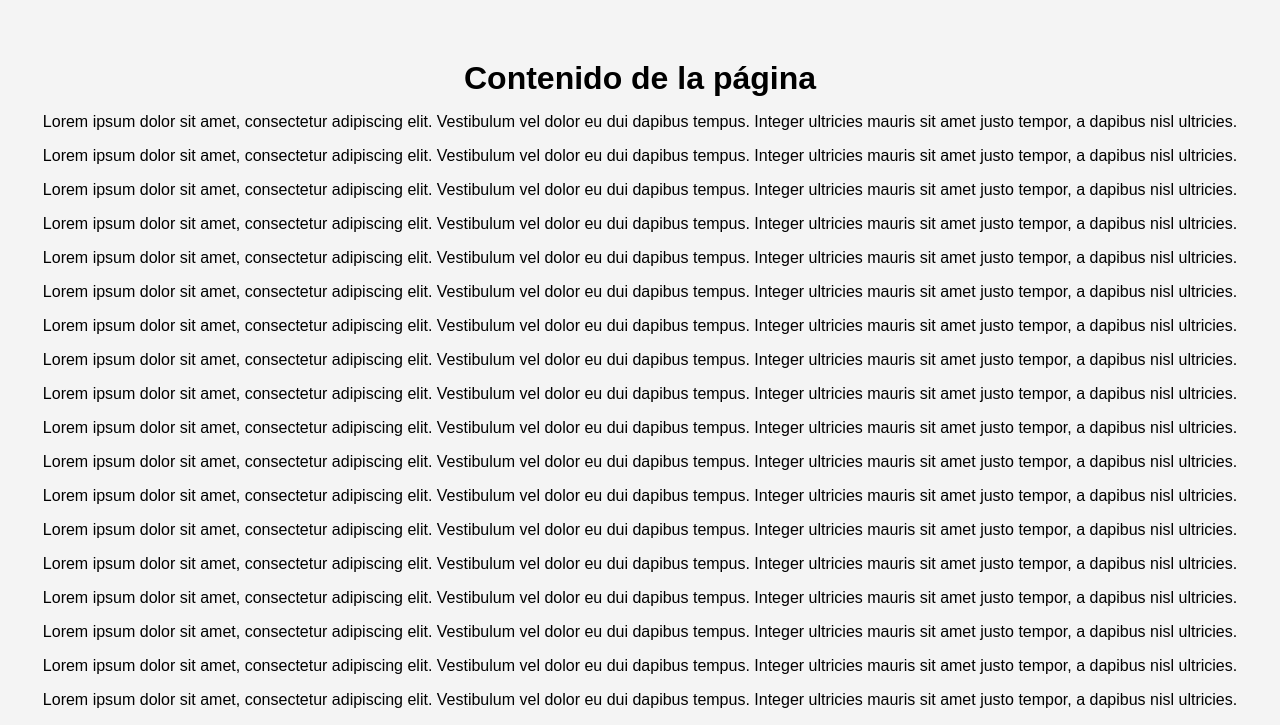
Repository: JoyMoGas/HelujaArc
Page: http://localhost/
These files come from the project's save history. The page is drawn as it stood at one moment and after the next save; the edit follows.
The browser window is 1280 px wide. The pictures show the part of the page from y = 500 to 1225 px (the page is 1225 px tall before and 720 px after).
Backgrounds fixed to the window are drawn as part of the page. The page is served by the project's application, run on Flask 3 (run.py).

Above is the page before, as saved 2024-08-11 18:17:36.

### templates/index.html
<!DOCTYPE html>
<html lang="en">
<head>
    <meta charset="UTF-8">
    <meta name="viewport" content="width=device-width, initial-scale=1.0">
    <title>Animación del Logo</title>
    <link rel="stylesheet" href="{{ url_for('static', filename='style.css') }}">
</head>
<body>
    <div class="navbar">
        <div class="navbar-content">
            <nav>
                <ul>
                    <li><a href="#">Home</a></li>
                    <li><a href="#">About</a></li>
                    <li><a href="#">Services</a></li>
                    <li><a href="#">Contact</a></li>
                </ul>
            </nav>
        </div>
    </div>

    <div id="demoBox">
        <img id="logo" src="{{url_for('static', filename='logo.png')}}" alt="Logo"> <!-- Reemplaza con la URL de tu logo -->
    </div>

    <div class="content">
        <h1>Contenido de la página</h1>
        <!-- Más contenido aquí -->
        <p>Lorem ipsum dolor sit amet, consectetur adipiscing elit. Vestibulum vel dolor eu dui dapibus tempus. Integer ultricies mauris sit amet justo tempor, a dapibus nisl ultricies.</p>
        <p>Lorem ipsum dolor sit amet, consectetur adipiscing elit. Vestibulum vel dolor eu dui dapibus tempus. Integer ultricies mauris sit amet justo tempor, a dapibus nisl ultricies.</p>
        <p>Lorem ipsum dolor sit amet, consectetur adipiscing elit. Vestibulum vel dolor eu dui dapibus tempus. Integer ultricies mauris sit amet justo tempor, a dapibus nisl ultricies.</p>
        <p>Lorem ipsum dolor sit amet, consectetur adipiscing elit. Vestibulum vel dolor eu dui dapibus tempus. Integer ultricies mauris sit amet justo tempor, a dapibus nisl ultricies.</p>
        <p>Lorem ipsum dolor sit amet, consectetur adipiscing elit. Vestibulum vel dolor eu dui dapibus tempus. Integer ultricies mauris sit amet justo tempor, a dapibus nisl ultricies.</p>
        <p>Lorem ipsum dolor sit amet, consectetur adipiscing elit. Vestibulum vel dolor eu dui dapibus tempus. Integer ultricies mauris sit amet justo tempor, a dapibus nisl ultricies.</p>
        <p>Lorem ipsum dolor sit amet, consectetur adipiscing elit. Vestibulum vel dolor eu dui dapibus tempus. Integer ultricies mauris sit amet justo tempor, a dapibus nisl ultricies.</p>
        <p>Lorem ipsum dolor sit amet, consectetur adipiscing elit. Vestibulum vel dolor eu dui dapibus tempus. Integer ultricies mauris sit amet justo tempor, a dapibus nisl ultricies.</p>
        <p>Lorem ipsum dolor sit amet, consectetur adipiscing elit. Vestibulum vel dolor eu dui dapibus tempus. Integer ultricies mauris sit amet justo tempor, a dapibus nisl ultricies.</p>
        <p>Lorem ipsum dolor sit amet, consectetur adipiscing elit. Vestibulum vel dolor eu dui dapibus tempus. Integer ultricies mauris sit amet justo tempor, a dapibus nisl ultricies.</p>
        <p>Lorem ipsum dolor sit amet, consectetur adipiscing elit. Vestibulum vel dolor eu dui dapibus tempus. Integer ultricies mauris sit amet justo tempor, a dapibus nisl ultricies.</p>
        <p>Lorem ipsum dolor sit amet, consectetur adipiscing elit. Vestibulum vel dolor eu dui dapibus tempus. Integer ultricies mauris sit amet justo tempor, a dapibus nisl ultricies.</p>
        <p>Lorem ipsum dolor sit amet, consectetur adipiscing elit. Vestibulum vel dolor eu dui dapibus tempus. Integer ultricies mauris sit amet justo tempor, a dapibus nisl ultricies.</p>
        <p>Lorem ipsum dolor sit amet, consectetur adipiscing elit. Vestibulum vel dolor eu dui dapibus tempus. Integer ultricies mauris sit amet justo tempor, a dapibus nisl ultricies.</p>
        <p>Lorem ipsum dolor sit amet, consectetur adipiscing elit. Vestibulum vel dolor eu dui dapibus tempus. Integer ultricies mauris sit amet justo tempor, a dapibus nisl ultricies.</p>
        <p>Lorem ipsum dolor sit amet, consectetur adipiscing elit. Vestibulum vel dolor eu dui dapibus tempus. Integer ultricies mauris sit amet justo tempor, a dapibus nisl ultricies.</p>
        <p>Lorem ipsum dolor sit amet, consectetur adipiscing elit. Vestibulum vel dolor eu dui dapibus tempus. Integer ultricies mauris sit amet justo tempor, a dapibus nisl ultricies.</p>
        <p>Lorem ipsum dolor sit amet, consectetur adipiscing elit. Vestibulum vel dolor eu dui dapibus tempus. Integer ultricies mauris sit amet justo tempor, a dapibus nisl ultricies.</p>
    </div>

    <script src="{{ url_for('static', filename='scripts.js') }}"></script>
</body>
</html>

### static/style.css
/* General Styles and Reset */
body, h1, ul, li {
    margin: 0;
    padding: 0;
}

body {
    font-family: Arial, sans-serif;
    margin: 0;
    display: flex;
    justify-content: center;
    align-items: flex-start;
    height: 100vh;
    background: #f4f4f4;
}

.navbar {
    position: fixed;
    top: 0;
    left: 0;
    width: 100%;
    background-color: transparent;
    color: #fff;
    display: flex;
    justify-content: center;
    align-items: center;
    transition: background-color 0.7s ease;
    z-index: 1000; /* Asegúrate de que la navbar esté sobre el fondo */
    box-sizing: border-box;
}

.navbar.scrolled {
    background-color: #333;
}

.navbar-content {
    top: 0;
    display: flex;
    justify-content: space-between;
    align-items: center;
    width: 100%;
    max-width: 1200px;
    box-sizing: border-box;
    transition: padding 0.3s ease;
    gap: 20px;
}

.navbar nav ul {
    display: flex;
    gap: 20px;
    list-style-type: none;
    margin: 0;
    padding: 30px;
    padding-left: 120px;
}

.navbar nav ul li {
    margin-left: 20px;
}

.navbar nav ul li a {
    color: #fff;
    text-decoration: none;
}

.content {
    text-align: center;
    width: 100%;
    max-width: 1200px;
    padding-top: 35em;
    box-sizing: border-box;
}

#demoBox {
    position: absolute;
    top: 0;
    left: 0;
    width: 100%;
    height: 500px;
    background-image: url("https://images.unsplash.com/photo-1529673203658-56306382b724?auto=format&fit=crop&w=1000&q=80&ar=16:9");
    background-size: cover;
    background-attachment: fixed;
    z-index: 1; /* Fondo debajo de todo */
    overflow: hidden;
}

#logo {
    position: absolute;
    top: 110px;
    left: 50%;
    transform: translateX(-50%);
    height: 300px;
    transition: top 0.7s, left 0.7s, height 0.7s, transform 0.7s;
    z-index: 1001; /* Mayor z-index para que esté sobre la navbar */
}

### static/scripts.js
"use strict";
document.addEventListener('DOMContentLoaded', () => {
    window.scrollTo(0, 0);
    const logo = document.getElementById('logo');
    const handleScroll = () => {
        if (window.scrollY > 50) {
            logo.style.position = 'fixed';
            logo.style.top = '0px';
            logo.style.left = '120px';
            logo.style.height = '100px';
            logo.style.transform = 'translateX(0) scale(0.6)';
        }
        else {
            logo.style.position = 'absolute';
            logo.style.top = '250px';
            logo.style.left = '50%';
            logo.style.transform = 'translateX(-50%) scale(1)';
            logo.style.height = '250px';
        }
    };
    window.addEventListener('scroll', handleScroll);
    // Inicializa el estado del logotipo
    handleScroll();
});
window.addEventListener('scroll', () => {
    const navbar = document.querySelector('.navbar');
    if (window.scrollY > 50) {
        navbar.classList.add('scrolled');
    }
    else {
        navbar.classList.remove('scrolled');
    }
});
window.addEventListener('beforeunload', () => {
    window.scrollTo(0, 0);
});

Loaded but not shown: run.py (common file)

After the next save:
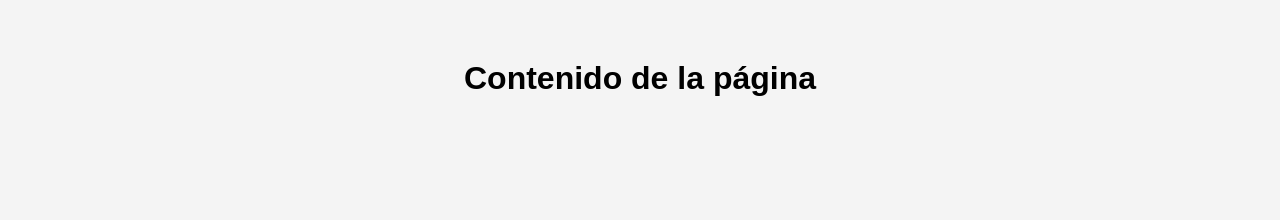
Saved 6 s later.
--- a/templates/index.html
+++ b/templates/index.html
@@ -27,24 +27,7 @@
     <div class="content">
         <h1>Contenido de la página</h1>
         <!-- Más contenido aquí -->
-        <p>Lorem ipsum dolor sit amet, consectetur adipiscing elit. Vestibulum vel dolor eu dui dapibus tempus. Integer ultricies mauris sit amet justo tempor, a dapibus nisl ultricies.</p>
-        <p>Lorem ipsum dolor sit amet, consectetur adipiscing elit. Vestibulum vel dolor eu dui dapibus tempus. Integer ultricies mauris sit amet justo tempor, a dapibus nisl ultricies.</p>
-        <p>Lorem ipsum dolor sit amet, consectetur adipiscing elit. Vestibulum vel dolor eu dui dapibus tempus. Integer ultricies mauris sit amet justo tempor, a dapibus nisl ultricies.</p>
-        <p>Lorem ipsum dolor sit amet, consectetur adipiscing elit. Vestibulum vel dolor eu dui dapibus tempus. Integer ultricies mauris sit amet justo tempor, a dapibus nisl ultricies.</p>
-        <p>Lorem ipsum dolor sit amet, consectetur adipiscing elit. Vestibulum vel dolor eu dui dapibus tempus. Integer ultricies mauris sit amet justo tempor, a dapibus nisl ultricies.</p>
-        <p>Lorem ipsum dolor sit amet, consectetur adipiscing elit. Vestibulum vel dolor eu dui dapibus tempus. Integer ultricies mauris sit amet justo tempor, a dapibus nisl ultricies.</p>
-        <p>Lorem ipsum dolor sit amet, consectetur adipiscing elit. Vestibulum vel dolor eu dui dapibus tempus. Integer ultricies mauris sit amet justo tempor, a dapibus nisl ultricies.</p>
-        <p>Lorem ipsum dolor sit amet, consectetur adipiscing elit. Vestibulum vel dolor eu dui dapibus tempus. Integer ultricies mauris sit amet justo tempor, a dapibus nisl ultricies.</p>
-        <p>Lorem ipsum dolor sit amet, consectetur adipiscing elit. Vestibulum vel dolor eu dui dapibus tempus. Integer ultricies mauris sit amet justo tempor, a dapibus nisl ultricies.</p>
-        <p>Lorem ipsum dolor sit amet, consectetur adipiscing elit. Vestibulum vel dolor eu dui dapibus tempus. Integer ultricies mauris sit amet justo tempor, a dapibus nisl ultricies.</p>
-        <p>Lorem ipsum dolor sit amet, consectetur adipiscing elit. Vestibulum vel dolor eu dui dapibus tempus. Integer ultricies mauris sit amet justo tempor, a dapibus nisl ultricies.</p>
-        <p>Lorem ipsum dolor sit amet, consectetur adipiscing elit. Vestibulum vel dolor eu dui dapibus tempus. Integer ultricies mauris sit amet justo tempor, a dapibus nisl ultricies.</p>
-        <p>Lorem ipsum dolor sit amet, consectetur adipiscing elit. Vestibulum vel dolor eu dui dapibus tempus. Integer ultricies mauris sit amet justo tempor, a dapibus nisl ultricies.</p>
-        <p>Lorem ipsum dolor sit amet, consectetur adipiscing elit. Vestibulum vel dolor eu dui dapibus tempus. Integer ultricies mauris sit amet justo tempor, a dapibus nisl ultricies.</p>
-        <p>Lorem ipsum dolor sit amet, consectetur adipiscing elit. Vestibulum vel dolor eu dui dapibus tempus. Integer ultricies mauris sit amet justo tempor, a dapibus nisl ultricies.</p>
-        <p>Lorem ipsum dolor sit amet, consectetur adipiscing elit. Vestibulum vel dolor eu dui dapibus tempus. Integer ultricies mauris sit amet justo tempor, a dapibus nisl ultricies.</p>
-        <p>Lorem ipsum dolor sit amet, consectetur adipiscing elit. Vestibulum vel dolor eu dui dapibus tempus. Integer ultricies mauris sit amet justo tempor, a dapibus nisl ultricies.</p>
-        <p>Lorem ipsum dolor sit amet, consectetur adipiscing elit. Vestibulum vel dolor eu dui dapibus tempus. Integer ultricies mauris sit amet justo tempor, a dapibus nisl ultricies.</p>
+        <!-- El contenido extendido se mantendrá en la página -->
     </div>
 
     <script src="{{ url_for('static', filename='scripts.js') }}"></script>

After the save that followed:
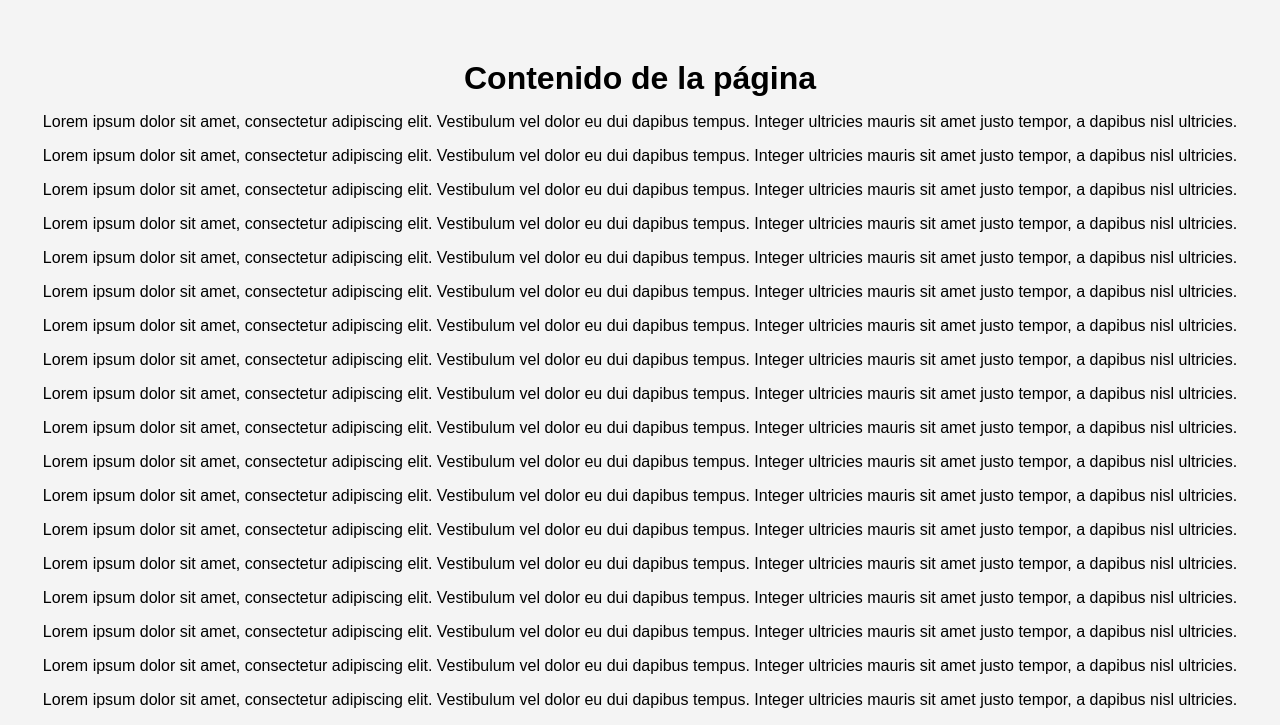
Saved 29 s later.
--- a/templates/index.html
+++ b/templates/index.html
@@ -27,7 +27,26 @@
     <div class="content">
         <h1>Contenido de la página</h1>
         <!-- Más contenido aquí -->
+        <p>Lorem ipsum dolor sit amet, consectetur adipiscing elit. Vestibulum vel dolor eu dui dapibus tempus. Integer ultricies mauris sit amet justo tempor, a dapibus nisl ultricies.</p>
+            <p>Lorem ipsum dolor sit amet, consectetur adipiscing elit. Vestibulum vel dolor eu dui dapibus tempus. Integer ultricies mauris sit amet justo tempor, a dapibus nisl ultricies.</p>
+            <p>Lorem ipsum dolor sit amet, consectetur adipiscing elit. Vestibulum vel dolor eu dui dapibus tempus. Integer ultricies mauris sit amet justo tempor, a dapibus nisl ultricies.</p>
+            <p>Lorem ipsum dolor sit amet, consectetur adipiscing elit. Vestibulum vel dolor eu dui dapibus tempus. Integer ultricies mauris sit amet justo tempor, a dapibus nisl ultricies.</p>
+            <p>Lorem ipsum dolor sit amet, consectetur adipiscing elit. Vestibulum vel dolor eu dui dapibus tempus. Integer ultricies mauris sit amet justo tempor, a dapibus nisl ultricies.</p>
+            <p>Lorem ipsum dolor sit amet, consectetur adipiscing elit. Vestibulum vel dolor eu dui dapibus tempus. Integer ultricies mauris sit amet justo tempor, a dapibus nisl ultricies.</p>
+            <p>Lorem ipsum dolor sit amet, consectetur adipiscing elit. Vestibulum vel dolor eu dui dapibus tempus. Integer ultricies mauris sit amet justo tempor, a dapibus nisl ultricies.</p>
+            <p>Lorem ipsum dolor sit amet, consectetur adipiscing elit. Vestibulum vel dolor eu dui dapibus tempus. Integer ultricies mauris sit amet justo tempor, a dapibus nisl ultricies.</p>
+            <p>Lorem ipsum dolor sit amet, consectetur adipiscing elit. Vestibulum vel dolor eu dui dapibus tempus. Integer ultricies mauris sit amet justo tempor, a dapibus nisl ultricies.</p>
+            <p>Lorem ipsum dolor sit amet, consectetur adipiscing elit. Vestibulum vel dolor eu dui dapibus tempus. Integer ultricies mauris sit amet justo tempor, a dapibus nisl ultricies.</p>
+            <p>Lorem ipsum dolor sit amet, consectetur adipiscing elit. Vestibulum vel dolor eu dui dapibus tempus. Integer ultricies mauris sit amet justo tempor, a dapibus nisl ultricies.</p>
+            <p>Lorem ipsum dolor sit amet, consectetur adipiscing elit. Vestibulum vel dolor eu dui dapibus tempus. Integer ultricies mauris sit amet justo tempor, a dapibus nisl ultricies.</p>
+            <p>Lorem ipsum dolor sit amet, consectetur adipiscing elit. Vestibulum vel dolor eu dui dapibus tempus. Integer ultricies mauris sit amet justo tempor, a dapibus nisl ultricies.</p>
+            <p>Lorem ipsum dolor sit amet, consectetur adipiscing elit. Vestibulum vel dolor eu dui dapibus tempus. Integer ultricies mauris sit amet justo tempor, a dapibus nisl ultricies.</p>
+            <p>Lorem ipsum dolor sit amet, consectetur adipiscing elit. Vestibulum vel dolor eu dui dapibus tempus. Integer ultricies mauris sit amet justo tempor, a dapibus nisl ultricies.</p>
+            <p>Lorem ipsum dolor sit amet, consectetur adipiscing elit. Vestibulum vel dolor eu dui dapibus tempus. Integer ultricies mauris sit amet justo tempor, a dapibus nisl ultricies.</p>
+            <p>Lorem ipsum dolor sit amet, consectetur adipiscing elit. Vestibulum vel dolor eu dui dapibus tempus. Integer ultricies mauris sit amet justo tempor, a dapibus nisl ultricies.</p>
+            <p>Lorem ipsum dolor sit amet, consectetur adipiscing elit. Vestibulum vel dolor eu dui dapibus tempus. Integer ultricies mauris sit amet justo tempor, a dapibus nisl ultricies.</p>
         <!-- El contenido extendido se mantendrá en la página -->
+
     </div>
 
     <script src="{{ url_for('static', filename='scripts.js') }}"></script>
